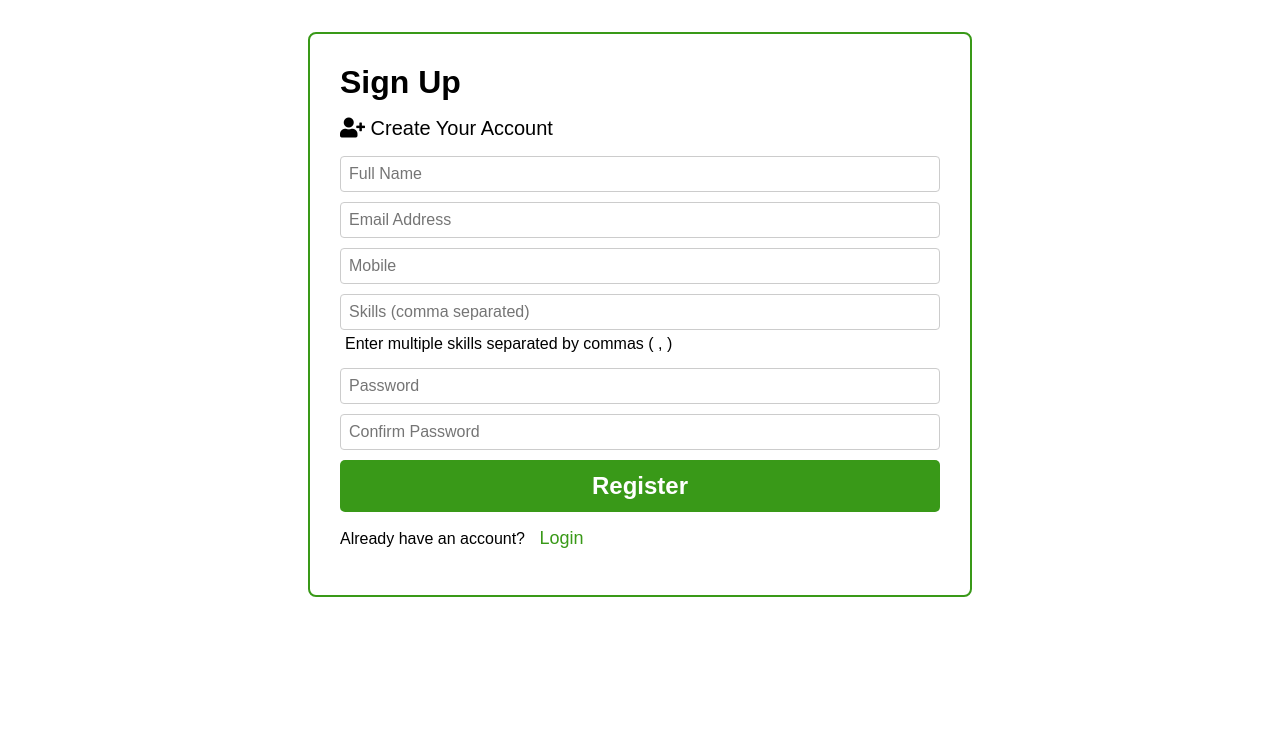
Repository: sayyad-mukthumsa-123/DevMania
Page: /register (app in frontend/)
An editor plug-in stored every save of this project. The page is shown before and after the next save, followed by the edit.
The browser window is 1280 px wide. The pictures show the whole page.
The pointer rests on the first visible `.text`.
The project was rebuilt for these pictures with package versions that can differ from the ones it lists, and the page was loaded fresh each time. Also part of the build but not shown: frontend/src/pages/Home.js, frontend/src/pages/login.js, frontend/src/pages/Allprofiles.js, frontend/src/pages/MyProfile.js, frontend/src/pages/Indprofile.js.

Above is the page before, as saved 2025-03-01 00:05:23.

After the next save:
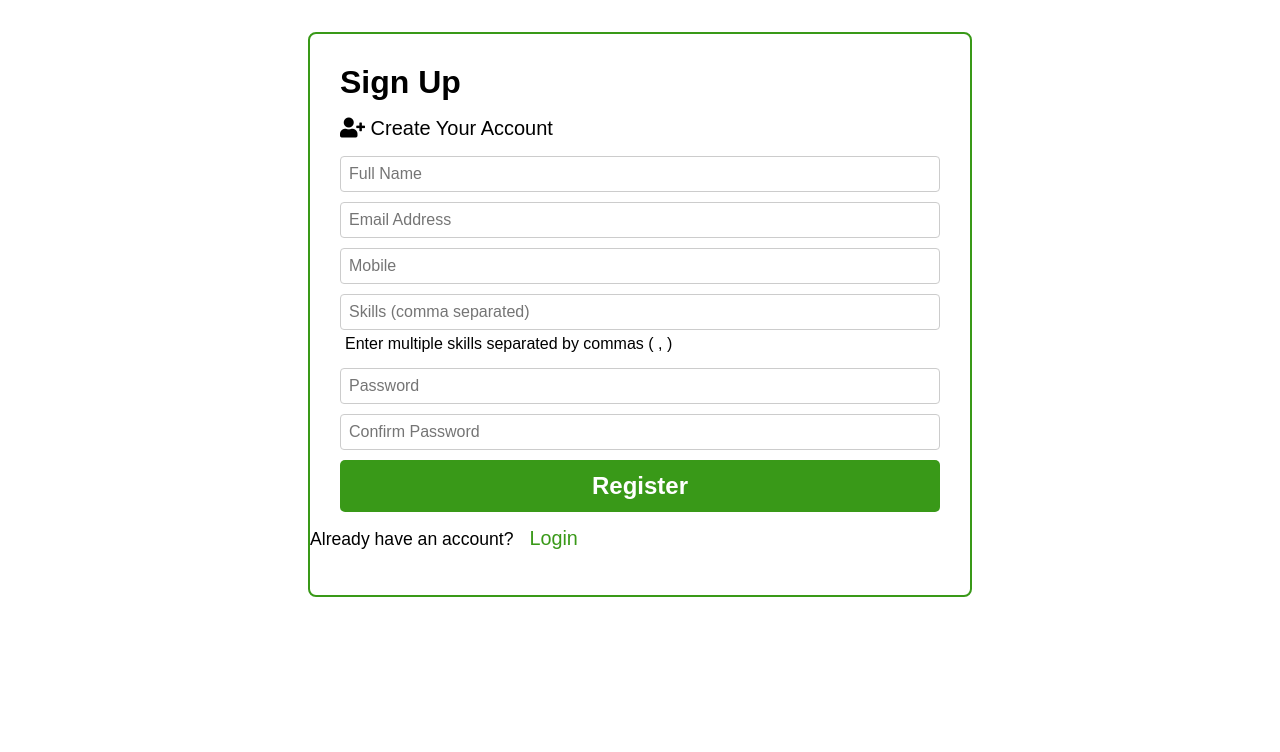
Saved 2 min 27 s later.
--- a/frontend/src/styles/styles.css
+++ b/frontend/src/styles/styles.css
@@ -23,6 +23,9 @@ body, html {
   text-decoration: none;
 }
 
+.text:hover{
+ transform: scale(1.1);
+}
 .navbar ul {
   list-style: none;
   display: flex;
